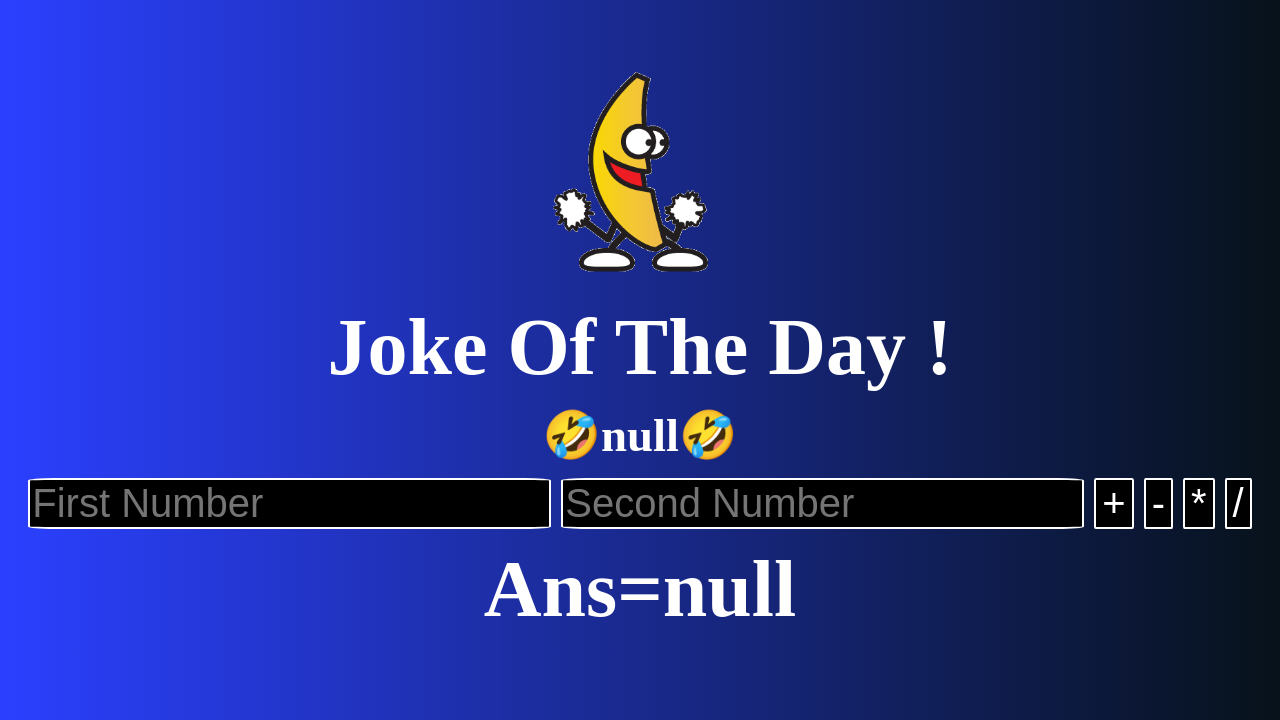
Repository: abhishekkumar013/Java-Code
Page: http://localhost/JokeCalculator/result.jsp
The author's editor kept a copy of each file at every save. The page is drawn from the files as they stood at one save, then again after the next save.
The browser window is 1280 px wide. The pictures show the whole page.
The page is served by Tomcat 10. Other server files are loaded and not shown.

Above is the page before, as saved 2024-07-02 04:23:46.

### JokeCalculator/src/main/webapp/result.jsp
<%@ page language="java" contentType="text/html; charset=UTF-8"
    pageEncoding="UTF-8"%>
<!DOCTYPE html>
<html>
<head>
<meta charset="UTF-8">
<title>First Project by CodingWallahSir</title>
<style type="text/css">

body {
  font-size: 40px;
  text-align:center;
  background: linear-gradient(to right,  #2b40ff,#07121a);
}

h1,h3{
color: white;
margin:15px;
}
input, button {
  font-size:40px;
  color: white;
  border-radius: 5%;
  background-color: black;
  border: 2px solid white;
}

img{
width: 20%;
height:20%;
margin-top: 20px;
}
img:hover{
  -ms-transform: scale(1.1); /* IE 9 */
  -webkit-transform: scale(1.1); /* Safari 3-8 */
   transform: scale(1.1);
}

</style>

</head>
<body>

    <img alt="" src="images\output.gif">
    <h1>Joke Of The Day !</h1>
    <h3>🤣<%=request.getParameter("joke")%>🤣 </h3>


<form action="MyServlet">
    <input name="num1" placeholder="First Number"></input>
    <input name="num2" placeholder="Second Number"></input>
    <button name="bt1" value="1"> + </button>
    <button name="bt1" value="2"> - </button>
    <button name="bt1" value="3"> * </button>
    <button name="bt1" value="4"> / </button>
</form>
<h1>Ans=<%=request.getParameter("ans")%> </h1>


</body>
</html>

After the next save:
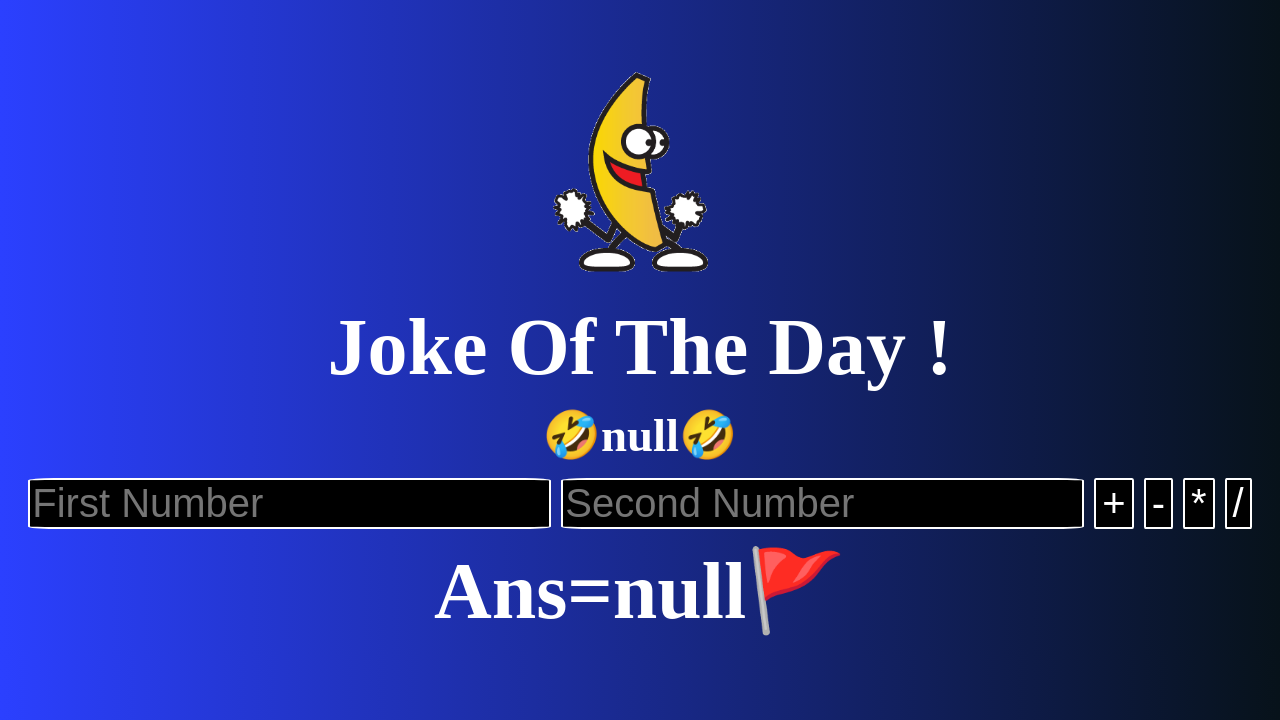
Saved 18 s later.
--- a/JokeCalculator/src/main/webapp/result.jsp
+++ b/JokeCalculator/src/main/webapp/result.jsp
@@ -54,7 +54,7 @@
     <button name="bt1" value="3"> * </button>
     <button name="bt1" value="4"> / </button>
 </form>
-<h1>Ans=<%=request.getParameter("ans")%> </h1>
+<h1>Ans=<%=request.getParameter("ans")%>🚩 </h1>
 
 
 </body>
